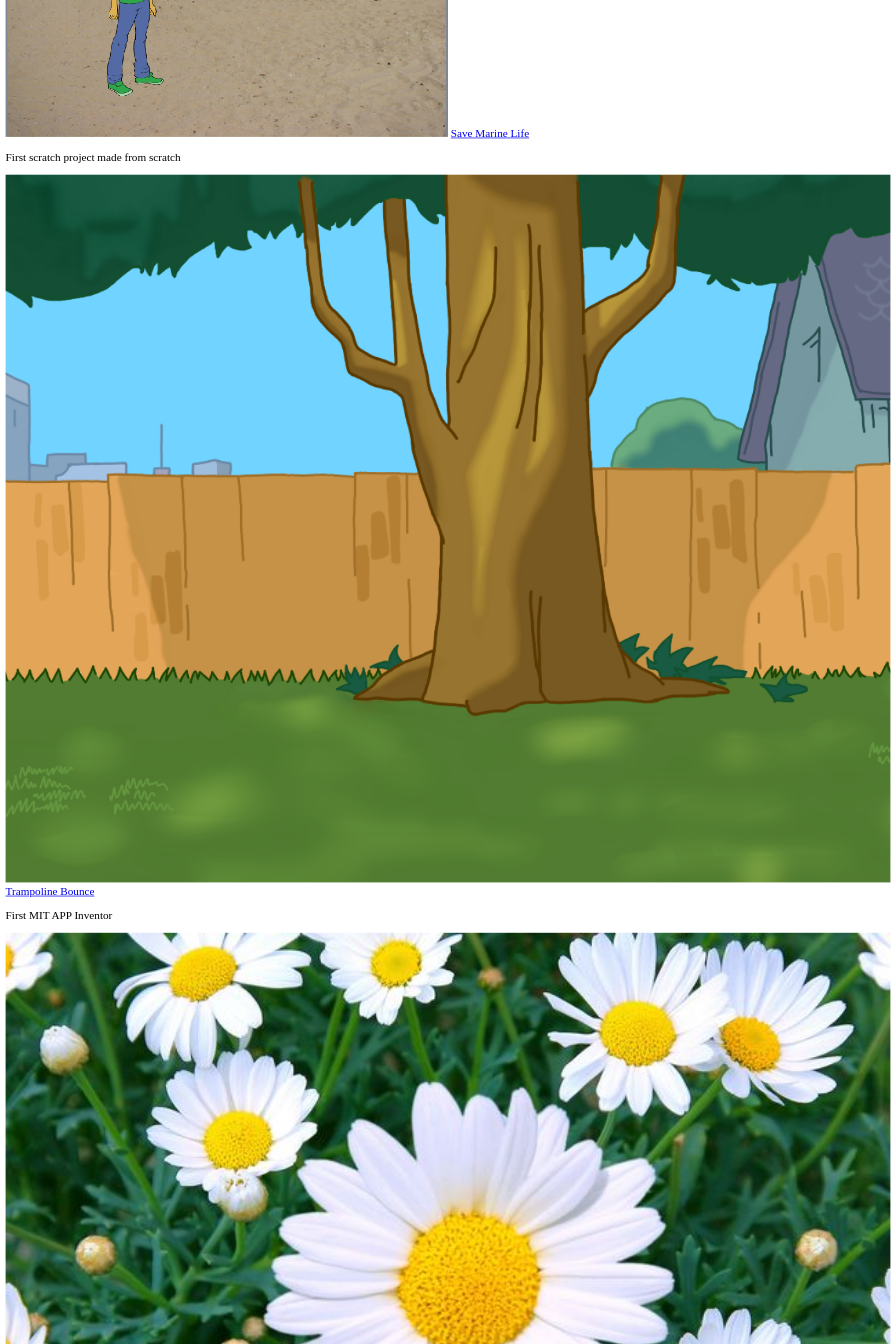
Repository: EMcmurray1862/emcmurray1862.github.io
Page: my_website/portfolio.html
The author's editor kept a record of every edit. The page is drawn from the files as they stood at one moment, then again after the next edit.
The browser window is 1280 px wide. The pictures show the part of the page from y = 411 to 2331 px (the page is 3763 px tall before and 3239 px after), at 70% of full size.

Above is the page before.

### my_website/portfolio.html
<!doctype html>
	<html lang="en">
	  <head>
	    <meta charset="utf-8">
	    <title>Portfolio</title>
	  </head>
	  <body>
    <a href="index.html">Home</a>
    <a href="portfolio.html">Portfolio</a>
    <a href="about.html">About</a>
    <a href="makeup.html">MakeUp</a>
  <h1>Portfolio Page</h1>
  <p>This is a list of some of the creations I've created in my CSP 2019-2020 class.</p>

<!-- Portfolio Gallery Grid -->
<div class="row">
  <div class="column">
    <div class="content">
    <img src="images/scratch.PNG" style="width:50%" "length:50%">
      <a href="https://scratch.mit.edu/projects/326744008/">Save Marine Life</a>
      <p>First scratch project made from scratch </p>
    </div>
  </div>
  <div class="column">
    <div class="content">
    <img src="images/backyard.png" style="width:100%" "length:50%">
      <a href="http://ai2.appinventor.mit.edu/?galleryId=4793477667356672">Trampoline Bounce</a>
      <p>First MIT APP Inventor </p>
    </div>
  </div>
  <div class="column">
    <div class="content">
    <img src="images/daisy.jpg" style="width:100%" "length:50%">
       <h3>Not Yet Created </h3>
    </div>
  </div>
  <div class="column">
    <div class="content">
    <img src="images/daisy.jpg" style="width:100%" "length:50%">
      <h3>Not Yet Created </h3>
     </div>
  </div>
  </div>
	  </body>
	</html>

After the next edit:
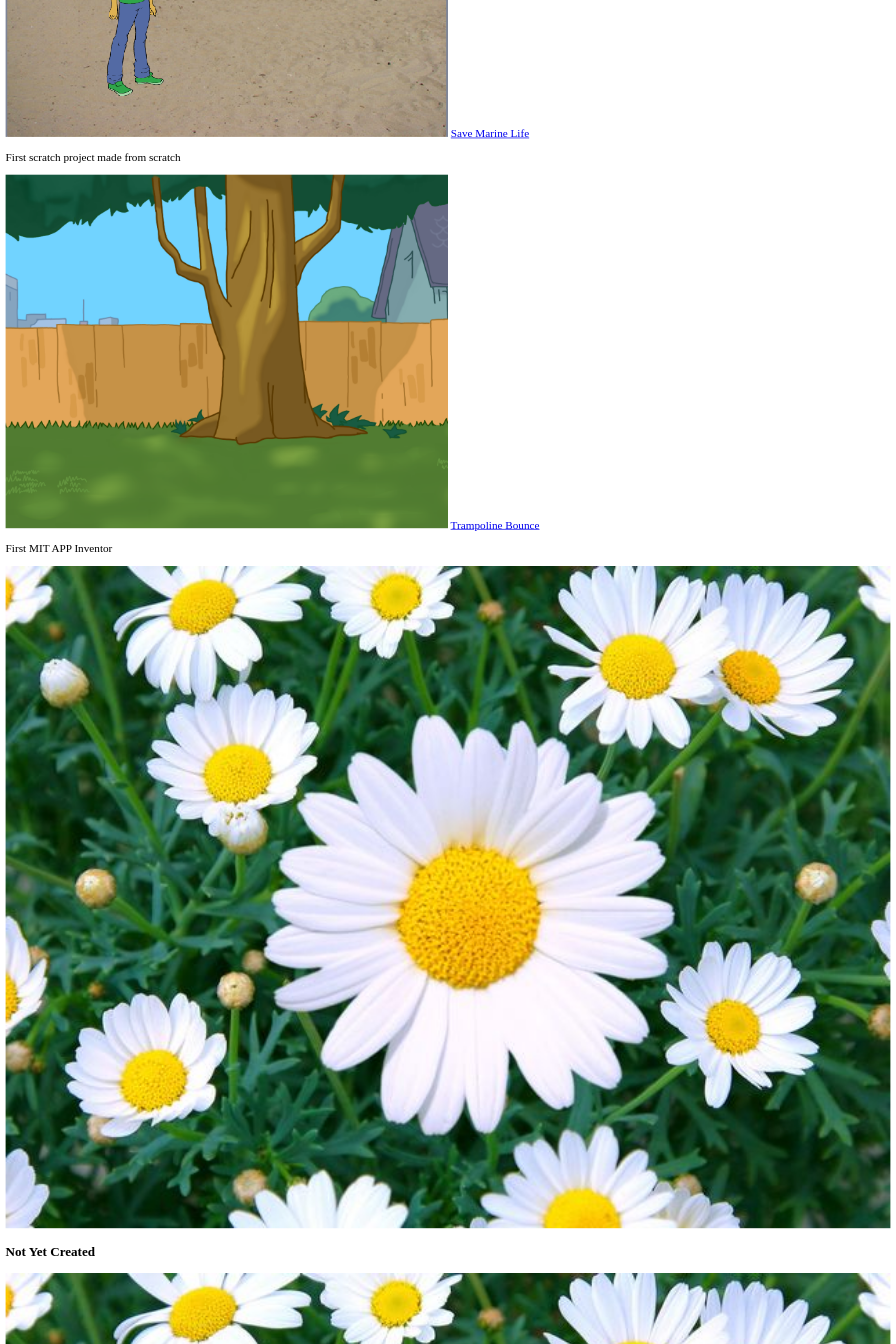
The edit:
--- a/my_website/portfolio.html
+++ b/my_website/portfolio.html
@@ -23,7 +23,7 @@
   </div>
   <div class="column">
     <div class="content">
-    <img src="images/backyard.png" style="width:100%" "length:50%">
+    <img src="images/backyard.png" style="width:50%" "length:50%">
       <a href="http://ai2.appinventor.mit.edu/?galleryId=4793477667356672">Trampoline Bounce</a>
       <p>First MIT APP Inventor </p>
     </div>
